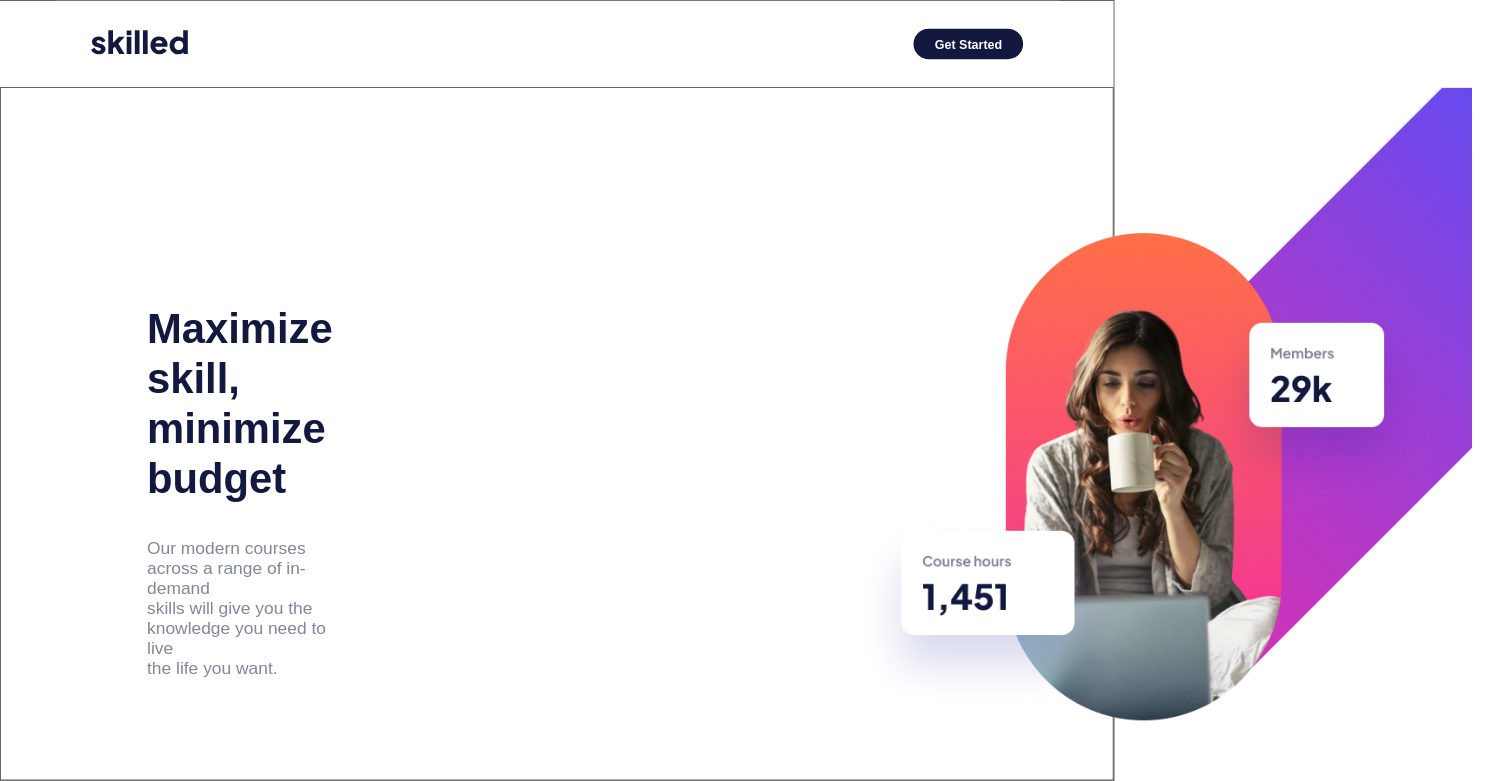
Repository: exe-walt/E-Learning-Landing-Page
Page: index.html
An editor plug-in stored every save of this project. The page is shown before and after the next save, followed by the edit.
The browser window is 1280 px wide. The page is 1692 px wide, then 1724 px, so the pictures cover 1724 px, including what lies to the right of the window. The pictures show the whole page, at 87% of full size.
Some web fonts or font styles are not loaded; a fallback is used.

Above is the page before, as saved 2025-05-27 20:55:52.

After the next save:
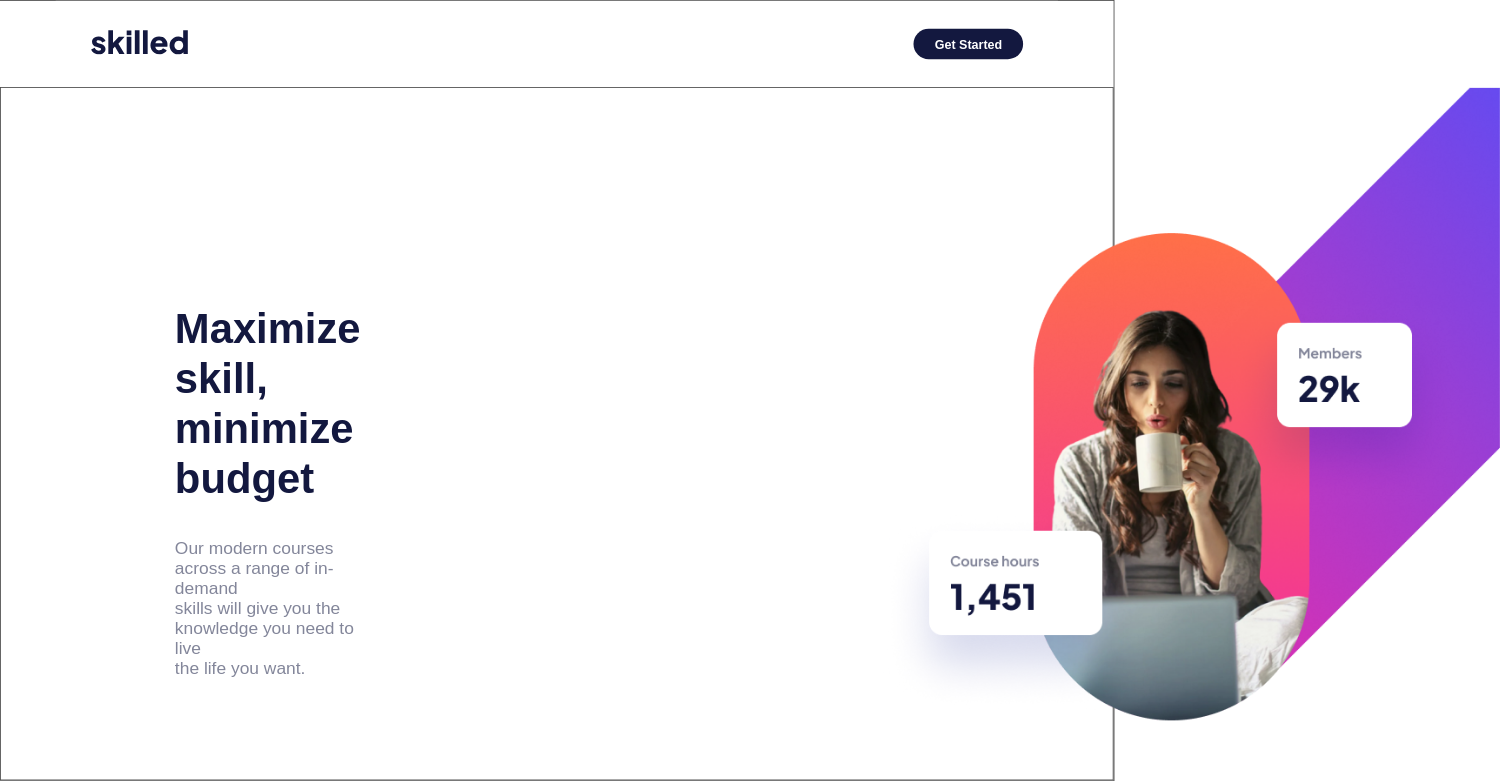
Saved 5 s later.
--- a/css/style.css
+++ b/css/style.css
@@ -64,7 +64,7 @@
 }
 
 .hero-text{
-  margin-left: 8em;
+  margin-left: 10em;
   padding: 2rem 2.5rem;
   margin-top: 11em;
 
